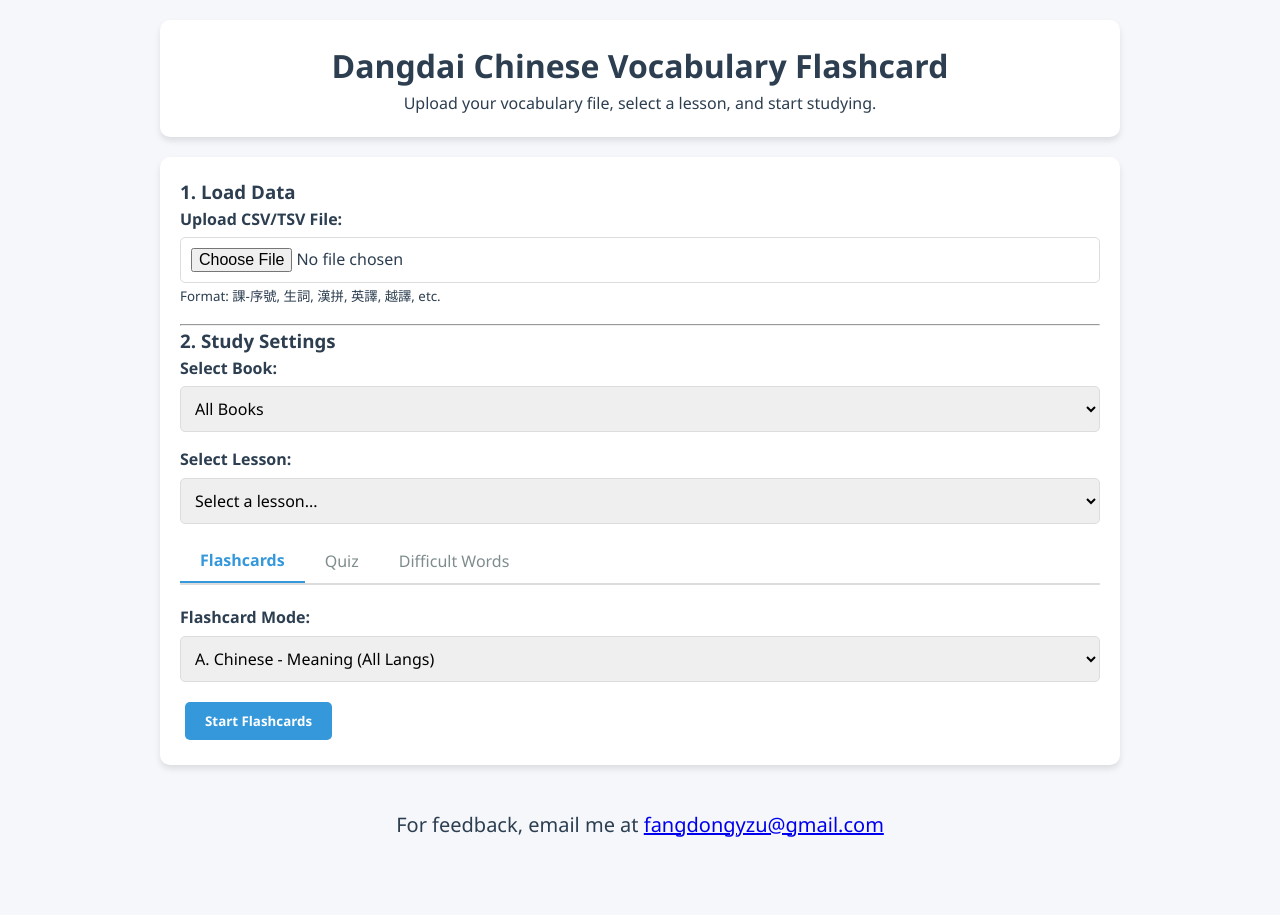
Repository: fangdongyzu/dangdaiflashcards
Page: index.html
An editor plug-in stored every save of this project. The page is shown before and after the next save, followed by the edit.
The browser window is 1280 px wide. The pictures show the whole page.

Above is the page before, as saved 2025-11-27 21:38:32.

### index.html
<!DOCTYPE html>
<html lang="en">

<head>
    <meta charset="UTF-8">
    <meta name="viewport" content="width=device-width, initial-scale=1.0">
    <title>Dangdai Chinese Vocabulary Flashcard</title>
    <link rel="stylesheet" href="styles.css">
</head>

<body>
    <div class="container">
        <header>
            <h1>Dangdai Chinese Vocabulary Flashcard</h1>
            <p class="app-description">Upload your vocabulary file, select a lesson, and start studying.</p>
        </header>

        <div class="main-content">
            <div class="control-panel" id="control-panel">

                <div class="data-loader-section">
                    <h3>1. Load Data</h3>
                    <div class="form-group">
                        <label for="csv-file">Upload CSV/TSV File:</label>
                        <input type="file" id="csv-file" accept=".csv, .tsv, .txt">
                        <small>Format: 課-序號, 生詞, 漢拼, 英譯, 越譯, etc.</small>
                    </div>
                </div>

                <hr>

                <div class="settings-section">
                    <h3>2. Study Settings</h3>
                    <div class="form-group">
                        <label for="book-select">Select Book:</label>
                        <select id="book-select">
                            <option value="All">All Books</option>
                            <option value="1">Book 1</option>
                            <option value="2">Book 2</option>
                            <option value="3">Book 3</option>
                            <option value="4">Book 4</option>
                            <option value="5">Book 5</option>
                            <option value="6">Book 6</option>
                        </select>
                    </div>

                    <div class="form-group">
                        <label for="lesson-select">Select Lesson:</label>
                        <select id="lesson-select">
                            <option value="">Select a lesson...</option>
                            </select>
                    </div>
                </div>

                <div class="tabs">
                    <button class="tab-btn active" data-tab="flashcards">Flashcards</button>
                    <button class="tab-btn" data-tab="quiz">Quiz</button>
                    <button class="tab-btn" data-tab="difficult">Difficult Words</button>
                </div>

                <div class="tab-content active" id="flashcards-controls">
                    <div class="form-group">
                        <label for="flashcard-mode">Flashcard Mode:</label>
                        <select id="flashcard-mode">
                            <option value="chinese-meaning">A. Chinese - Meaning (All Langs)</option>
                            <option value="meaning-chinese">A. Meaning (All Langs) - Chinese</option>
                            <option value="pinyin-chinese">A. Pinyin - Chinese</option>
                        </select>
                    </div>
                    <button id="start-flashcards-btn" class="btn primary">Start Flashcards</button>
                </div>

                <div class="tab-content" id="quiz-controls">
                    <div class="form-group">
                        <label for="quiz-mode">Quiz Mode:</label>
                        <select id="quiz-mode">
                            <option value="chinese-meaning">B. Chinese - Meaning (Multiple Choice)</option>
                            <option value="meaning-chinese">B. Meaning - Chinese (Multiple Choice)</option>
                            <option value="chinese-pinyin">B. Chinese - Pinyin</option>
                            <option value="pinyin-chinese">B. Pinyin - Chinese</option>
                        </select>
                    </div>
                    <button id="start-quiz-btn" class="btn primary">Start Quiz</button>
                </div>
            </div>

            <div id="study-area" class="study-area hidden">

                <div id="flashcard-view" class="view-section hidden">
                    <div class="header-row">
                        <button id="exit-flashcard-btn" class="btn secondary small">← Back to Menu</button>
                        <span id="fc-progress">0 / 0</span>
                    </div>

                    <div class="flashcard-container">
                        <div class="flashcard" id="flashcard">
                            <div class="flashcard-inner">
                                <div class="flashcard-front">
                                    <div class="card-content" id="card-front-content"></div>
                                    <div class="flip-hint">Click to flip</div>
                                </div>
                                <div class="flashcard-back">
                                    <div class="card-content" id="card-back-content"></div>
                                </div>
                            </div>
                        </div>
                    </div>

                    <div class="controls">
                        <button id="prev-btn" class="btn secondary">Previous</button>
                        <button id="mark-difficult-btn" class="btn warning">Mark Difficult</button>
                        <button id="next-btn" class="btn secondary">Next</button>
                    </div>

                    <div class="auto-play-controls">
                        <label><input type="checkbox" id="autoplay-cb"> Auto Play</label>
                    </div>
                </div>

                <div id="quiz-view" class="view-section hidden">
                    <div class="header-row">
                        <button id="exit-quiz-btn" class="btn secondary small">← Back to Menu</button>
                        <div class="score-display">Score: <span id="quiz-score">0</span></div>
                    </div>

                    <div class="quiz-container">
                        <div class="progress-bar-container">
                            <div class="progress-bar">
                                <div class="progress" id="quiz-progress"></div>
                            </div>
                        </div>

                        <div class="question-area">
                            <h2 id="quiz-question">Question</h2>
                        </div>

                        <div class="options-grid" id="quiz-options">
                            </div>

                        <div id="quiz-feedback" class="quiz-feedback"></div>
                        <button id="next-question-btn" class="btn primary hidden">Next Question</button>
                    </div>

                    <div id="quiz-result" class="hidden">
                        <h3>Quiz Complete!</h3>
                        <p>Final Score: <span id="final-score"></span></p>
                        <button id="retry-quiz-btn" class="btn primary">Retry</button>
                    </div>
                </div>
            </div>

            <div class="tab-content" id="difficult-content" style="display:none;"> <div class="difficult-words">
                    <h3>Words Needing Practice</h3>
                    <ul class="difficult-words-list" id="difficult-words-list">
                        <li class="difficult-word text-center">No difficult words yet.</li>
                    </ul>
                    <div class="difficult-words-controls">
                        <button id="clear-difficult-btn" class="btn warning">Clear List</button>
                        <button id="back-difficult-btn" class="btn secondary">Back to Menu</button>
                    </div>
                </div>
            </div>

        </div>
    </div>

    <script src="script.js"></script>
</body>
<footer style="text-align: center; padding: 1.5rem 0;font-size: 20px;">
  For feedback, email me at
  <a href="mailto:fangdongyzu@gmail.com">fangdongyzu@gmail.com</a>
</footer>
</html>

### styles.css
:root {
    --primary-color: #3498db;
    --secondary-color: #2980b9;
    --accent-color: #e74c3c;
    --light-color: #ecf0f1;
    --dark-color: #2c3e50;
    --success-color: #2ecc71;
    --warning-color: #f39c12;
    --border-radius: 10px;
    --box-shadow: 0 4px 6px rgba(0, 0, 0, 0.1);
}

* {
    margin: 0;
    padding: 0;
    box-sizing: border-box;
    font-family: 'Segoe UI', Tahoma, Geneva, Verdana, sans-serif;
}

body {
    background-color: #f5f7fa;
    color: var(--dark-color);
    line-height: 1.6;
    font-size: 16px;
    padding-bottom: 50px;
}

.container {
    max-width: 1000px;
    margin: 0 auto;
    padding: 20px;
}

header {
    text-align: center;
    margin-bottom: 20px;
    padding: 20px;
    background-color: white;
    border-radius: var(--border-radius);
    box-shadow: var(--box-shadow);
}

.control-panel {
    background: white;
    padding: 20px;
    border-radius: var(--border-radius);
    box-shadow: var(--box-shadow);
    transition: all 0.3s ease;
}

/* Utility to hide elements */
.hidden {
    display: none !important;
}

.form-group {
    margin-bottom: 15px;
}

label {
    display: block;
    margin-bottom: 5px;
    font-weight: 600;
}

select, input[type="file"] {
    width: 100%;
    padding: 10px;
    border: 1px solid #ddd;
    border-radius: 5px;
    font-size: 1rem;
}

.btn {
    padding: 10px 20px;
    border: none;
    border-radius: 5px;
    cursor: pointer;
    font-weight: 600;
    transition: background 0.2s;
    margin: 5px;
}

.btn.primary { background-color: var(--primary-color); color: white; }
.btn.secondary { background-color: #95a5a6; color: white; }
.btn.warning { background-color: var(--warning-color); color: white; }
.btn.small { padding: 5px 10px; font-size: 0.9rem; }

.btn:hover { opacity: 0.9; }

/* Tabs */
.tabs {
    display: flex;
    margin-bottom: 20px;
    border-bottom: 2px solid #ddd;
}

.tab-btn {
    padding: 10px 20px;
    background: none;
    border: none;
    cursor: pointer;
    font-size: 1rem;
    color: #7f8c8d;
}

.tab-btn.active {
    color: var(--primary-color);
    border-bottom: 2px solid var(--primary-color);
    font-weight: bold;
}

.tab-content {
    display: none;
    animation: fadeIn 0.3s;
}

.tab-content.active {
    display: block;
}

/* Flashcard Styles */
.flashcard-container {
    perspective: 1000px;
    width: 100%;
    max-width: 600px;
    height: 400px;
    margin: 20px auto;
}

.flashcard {
    position: relative;
    width: 100%;
    height: 100%;
    text-align: center;
    transition: transform 0.6s;
    transform-style: preserve-3d;
    cursor: pointer;
}

.flashcard.flipped {
    transform: rotateY(180deg);
}

.flashcard-inner {
    position: relative;
    width: 100%;
    height: 100%;
    text-align: center;
    transition: transform 0.6s;
    transform-style: preserve-3d;
}

.flashcard-front, .flashcard-back {
    position: absolute;
    width: 100%;
    height: 100%;
    -webkit-backface-visibility: hidden;
    backface-visibility: hidden;
    display: flex;
    flex-direction: column;
    justify-content: center;
    align-items: center;
    background-color: white;
    border-radius: var(--border-radius);
    box-shadow: var(--box-shadow);
    padding: 20px;
    overflow-y: auto;
}

.flashcard-back {
    transform: rotateY(180deg);
    background-color: #fdfefe;
}

/* Content Typography */
.chinese-text {
    font-size: 3rem;
    color: var(--dark-color);
    margin-bottom: 10px;
    font-family: "Microsoft YaHei", "SimHei", sans-serif;
}

.pinyin-text {
    font-size: 1.5rem;
    color: var(--primary-color);
    margin-bottom: 15px;
}

.meaning-grid {
    display: grid;
    grid-template-columns: 1fr;
    gap: 8px;
    text-align: left;
    width: 100%;
    font-size: 0.95rem;
    background: #f8f9fa;
    padding: 10px;
    border-radius: 8px;
}

.meaning-item {
    border-bottom: 1px solid #eee;
    padding-bottom: 4px;
}

.meaning-label {
    font-weight: bold;
    color: #7f8c8d;
    display: inline-block;
    width: 40px;
}

.flip-hint {
    position: absolute;
    bottom: 10px;
    font-size: 0.8rem;
    color: #95a5a6;
}

/* Quiz Styles */
.quiz-container {
    max-width: 800px;
    margin: 0 auto;
    text-align: center;
    background: white;
    padding: 20px;
    border-radius: var(--border-radius);
    box-shadow: var(--box-shadow);
}

.options-grid {
    display: grid;
    grid-template-columns: repeat(auto-fit, minmax(250px, 1fr));
    gap: 15px;
    margin-top: 20px;
}

.quiz-option {
    background: var(--light-color);
    padding: 15px;
    border: 2px solid transparent;
    border-radius: 8px;
    cursor: pointer;
    transition: all 0.2s;
    text-align: left;
    font-size: 1rem;
}

.quiz-option:hover {
    background: #e1e8ea;
}

.quiz-option.correct {
    background-color: #d4edda;
    border-color: var(--success-color);
    color: #155724;
}

.quiz-option.incorrect {
    background-color: #f8d7da;
    border-color: var(--accent-color);
    color: #721c24;
}

/* Header Row for active modes */
.header-row {
    display: flex;
    justify-content: space-between;
    align-items: center;
    margin-bottom: 15px;
}

@keyframes fadeIn {
    from { opacity: 0; }
    to { opacity: 1; }
}

@media (max-width: 600px) {
    .flashcard-container { height: 500px; } /* Taller for mobile to fit meanings */
    .chinese-text { font-size: 2.5rem; }
    .options-grid { grid-template-columns: 1fr; }
}

Loaded but not shown: script.js (497 lines, source omitted)

After the next save:
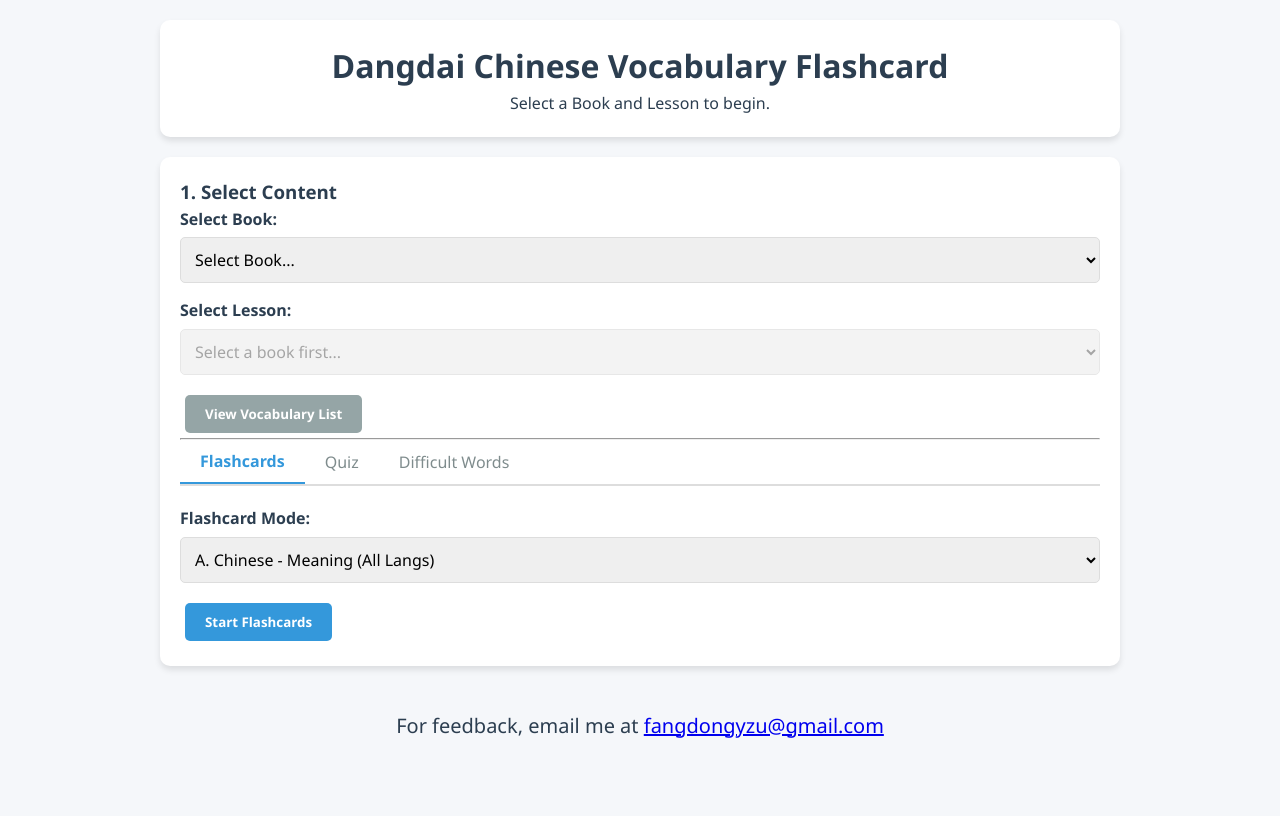
Console error: TypeError: Cannot read properties of null (reading 'addEventListener')
Saved 7 min 9 s later.
--- a/index.html
+++ b/index.html
@@ -1,56 +1,46 @@
 <!DOCTYPE html>
 <html lang="en">
-
 <head>
     <meta charset="UTF-8">
     <meta name="viewport" content="width=device-width, initial-scale=1.0">
     <title>Dangdai Chinese Vocabulary Flashcard</title>
     <link rel="stylesheet" href="styles.css">
 </head>
-
 <body>
     <div class="container">
         <header>
             <h1>Dangdai Chinese Vocabulary Flashcard</h1>
-            <p class="app-description">Upload your vocabulary file, select a lesson, and start studying.</p>
+            <p class="app-description">Select a Book and Lesson to begin.</p>
         </header>
 
         <div class="main-content">
             <div class="control-panel" id="control-panel">
 
-                <div class="data-loader-section">
-                    <h3>1. Load Data</h3>
-                    <div class="form-group">
-                        <label for="csv-file">Upload CSV/TSV File:</label>
-                        <input type="file" id="csv-file" accept=".csv, .tsv, .txt">
-                        <small>Format: 課-序號, 生詞, 漢拼, 英譯, 越譯, etc.</small>
-                    </div>
-                </div>
-
-                <hr>
-
                 <div class="settings-section">
-                    <h3>2. Study Settings</h3>
+                    <h3>1. Select Content</h3>
                     <div class="form-group">
                         <label for="book-select">Select Book:</label>
                         <select id="book-select">
-                            <option value="All">All Books</option>
-                            <option value="1">Book 1</option>
-                            <option value="2">Book 2</option>
-                            <option value="3">Book 3</option>
-                            <option value="4">Book 4</option>
-                            <option value="5">Book 5</option>
-                            <option value="6">Book 6</option>
+                            <option value="">Select Book...</option>
+                            <option value="B1">Book 1</option>
+                            <option value="B2">Book 2</option>
+                            <option value="B3">Book 3</option>
+                            <option value="B4">Book 4</option>
+                            <option value="B5">Book 5</option>
                         </select>
                     </div>
 
                     <div class="form-group">
                         <label for="lesson-select">Select Lesson:</label>
-                        <select id="lesson-select">
-                            <option value="">Select a lesson...</option>
+                        <select id="lesson-select" disabled>
+                            <option value="">Select a book first...</option>
                             </select>
                     </div>
+
+                    <button id="view-list-btn" class="btn secondary" disabled>View Vocabulary List</button>
                 </div>
+
+                <hr>
 
                 <div class="tabs">
                     <button class="tab-btn active" data-tab="flashcards">Flashcards</button>
@@ -67,7 +57,7 @@
                             <option value="pinyin-chinese">A. Pinyin - Chinese</option>
                         </select>
                     </div>
-                    <button id="start-flashcards-btn" class="btn primary">Start Flashcards</button>
+                    <button id="start-flashcards-btn" class="btn primary" disabled>Start Flashcards</button>
                 </div>
 
                 <div class="tab-content" id="quiz-controls">
@@ -80,15 +70,36 @@
                             <option value="pinyin-chinese">B. Pinyin - Chinese</option>
                         </select>
                     </div>
-                    <button id="start-quiz-btn" class="btn primary">Start Quiz</button>
+                    <button id="start-quiz-btn" class="btn primary" disabled>Start Quiz</button>
                 </div>
             </div>
 
             <div id="study-area" class="study-area hidden">
 
+                <div id="list-view" class="view-section hidden">
+                    <div class="header-row">
+                        <button class="btn secondary small exit-btn">← Back to Menu</button>
+                        <h3>Vocabulary List</h3>
+                    </div>
+                    <div class="table-container">
+                        <table id="vocab-table">
+                            <thead>
+                                <tr>
+                                    <th>Chinese</th>
+                                    <th>Pinyin</th>
+                                    <th>English</th>
+                                    <th>Meaning (All)</th>
+                                </tr>
+                            </thead>
+                            <tbody id="vocab-table-body">
+                                </tbody>
+                        </table>
+                    </div>
+                </div>
+
                 <div id="flashcard-view" class="view-section hidden">
                     <div class="header-row">
-                        <button id="exit-flashcard-btn" class="btn secondary small">← Back to Menu</button>
+                        <button class="btn secondary small exit-btn">← Back to Menu</button>
                         <span id="fc-progress">0 / 0</span>
                     </div>
 
@@ -119,7 +130,7 @@
 
                 <div id="quiz-view" class="view-section hidden">
                     <div class="header-row">
-                        <button id="exit-quiz-btn" class="btn secondary small">← Back to Menu</button>
+                        <button class="btn secondary small exit-btn">← Back to Menu</button>
                         <div class="score-display">Score: <span id="quiz-score">0</span></div>
                     </div>
 
@@ -149,7 +160,8 @@
                 </div>
             </div>
 
-            <div class="tab-content" id="difficult-content" style="display:none;"> <div class="difficult-words">
+            <div class="tab-content" id="difficult-content" style="display:none;">
+                <div class="difficult-words">
                     <h3>Words Needing Practice</h3>
                     <ul class="difficult-words-list" id="difficult-words-list">
                         <li class="difficult-word text-center">No difficult words yet.</li>
